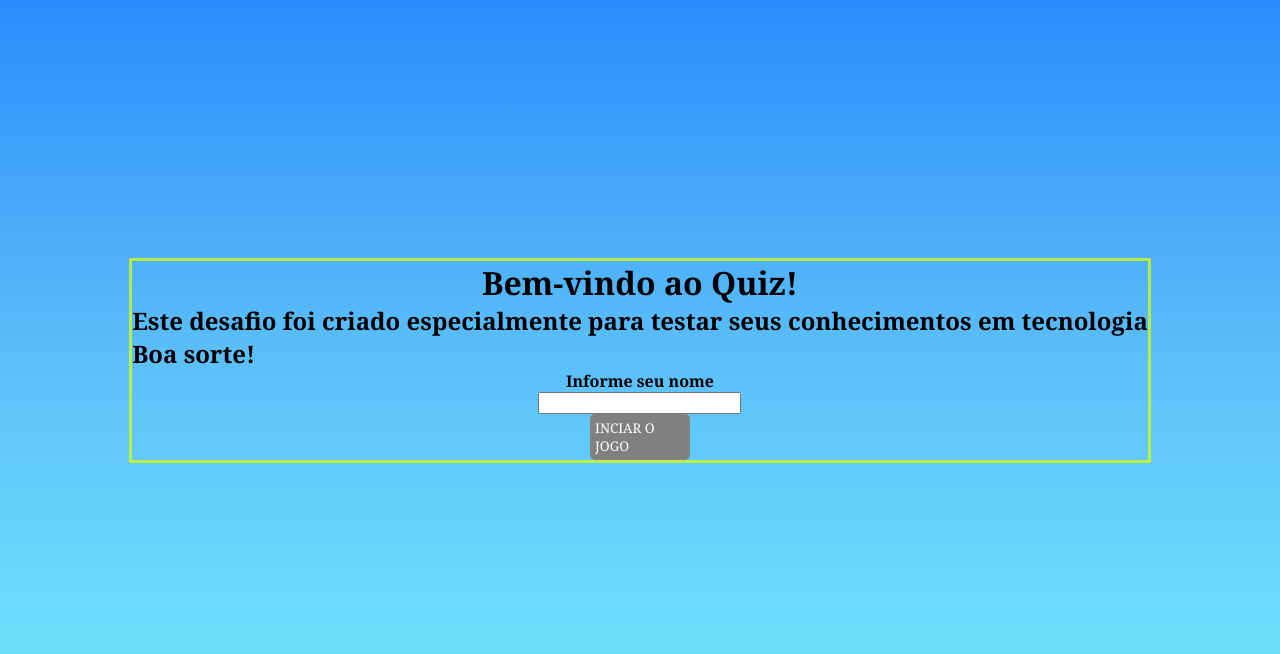
Repository: LaisSilvaO/Projeto-Quizz
Page: telas/apresentação.html
The author's editor kept a copy of each file at every save. The page is drawn from the files as they stood at one save, then again after the next save.
The browser window is 1280 px wide. The pictures show the whole page.

Above is the page before, as saved 2024-12-25 18:33:32.

### telas/apresentação.html
<!DOCTYPE html>
<html lang="pt-br">

<head>
    <meta charset="UTF-8">
    <meta name="viewport" content="width=device-width, initial-scale=1.0">
    <title>Quiz</title>
    <link rel="stylesheet" href="../img/tela.css">
</head>

<body>
    <div class="borda1">
        <H1> Bem-vindo ao Quiz!</H1>

        <h2>Este desafio foi criado especialmente para testar seus conhecimentos em tecnologia

            <P> Boa sorte!</P>
        </h2>
        <h4>Informe seu nome </h4>
        <input type="text" id="nome">
        <A href="index.html">
            <h4><button>INCIAR O JOGO</button></h4>
        </A>
    </div>

</body>

</html>

### img/tela.css
* {
  margin: 0;
  padding: 0;
  box-sizing: border-box;
  font-family: Cambria, Cochin, Georgia, Times, 'Times New Roman', serif;
}

body {
  height: 100vh;
  display: flex;
  justify-content: center;
  flex-direction: column;
  flex-wrap: wrap;
  align-items: center;
  gap: 5px;
  background: linear-gradient(180deg, rgba(19, 128, 252, 0.9) 0%, rgba(80, 187, 248, 0.932), rgba(103, 230, 255, 0.932) 100%);
}

main {
  background-color: white;
  padding: 10px;
  border-radius: 10px;
  width: 100%;
  max-width: 600px;
  min-height: 400px;
  display: flex;
  align-items: center;
  justify-content: center;
}

.content {
  display: flex;
  flex-direction: column;
  width: 100px;
  gap: 10px;
}

.qtddquestao {
  text-align: end;
}

.resposta {
  display: flex;
  flex-direction: column;
  gap: 5px;
}

button {
  width: 100px;
  text-align: start;
  padding: 5px;
  border: none;
  border-radius: 5px;
  cursor: pointer;
  background-color: grey;
  color: white;
}

.final {
  display: none;
  flex-direction: column;
  gap: 10px;
}

.borda1{
  display: flex;
  flex-direction: column;
  align-items: center;
  border-style:solid;
  border-color: rgba(225, 255, 0, 0.708);

}

After the next save:
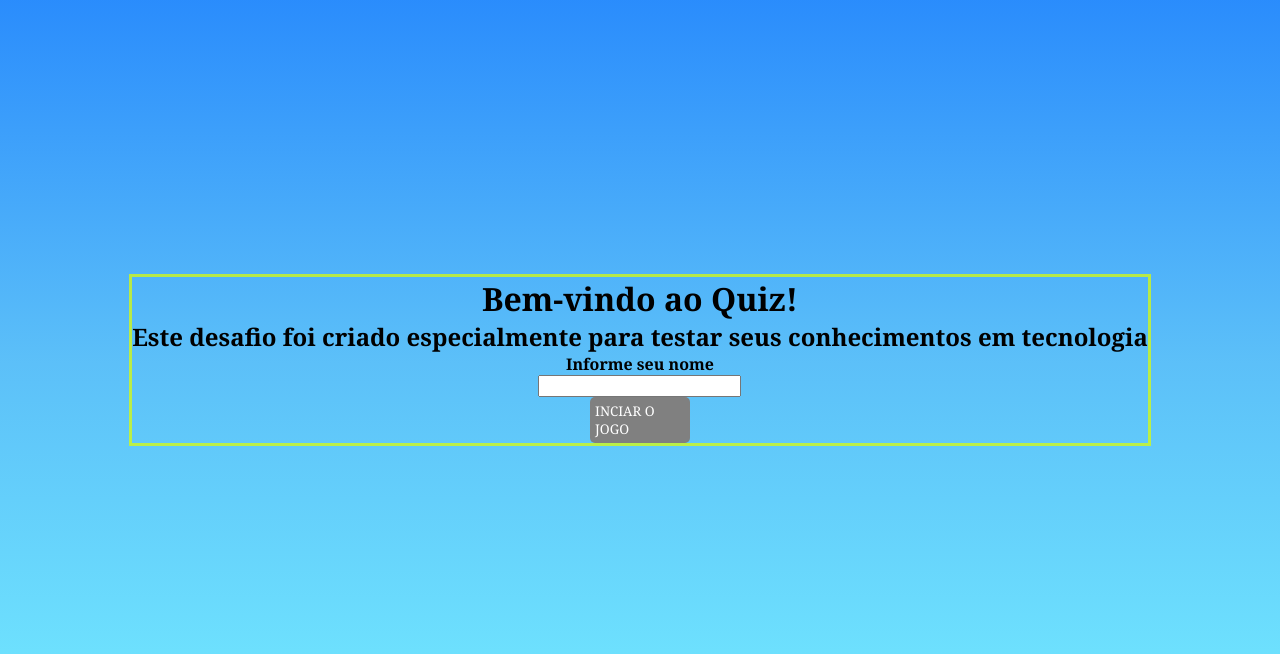
Saved 100 s later.
--- a/telas/apresentação.html
+++ b/telas/apresentação.html
@@ -14,7 +14,7 @@
 
         <h2>Este desafio foi criado especialmente para testar seus conhecimentos em tecnologia
 
-            <P> Boa sorte!</P>
+
         </h2>
         <h4>Informe seu nome </h4>
         <input type="text" id="nome">
